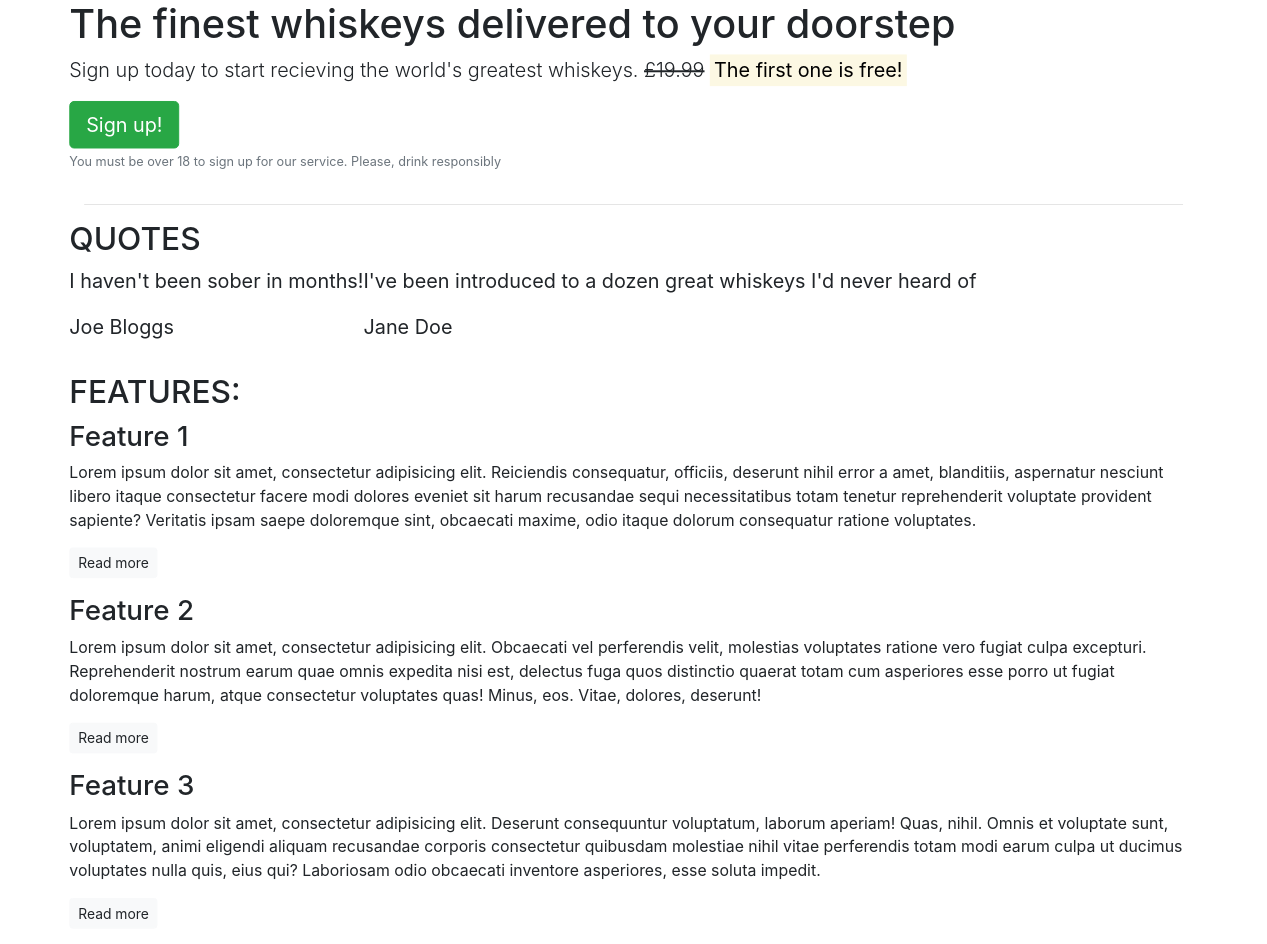
Repository: Matt-F90/Intro-to-bootstrap
Page: index..html
The author's editor kept a record of every edit. The page is drawn from the files as they stood at one moment, then again after the next edit.
The browser window is 1280 px wide. The pictures show the whole page, at 99% of full size.

Above is the page before.
Console error: TypeError: Cannot read properties of undefined (reading 'fn')

After the next edit:
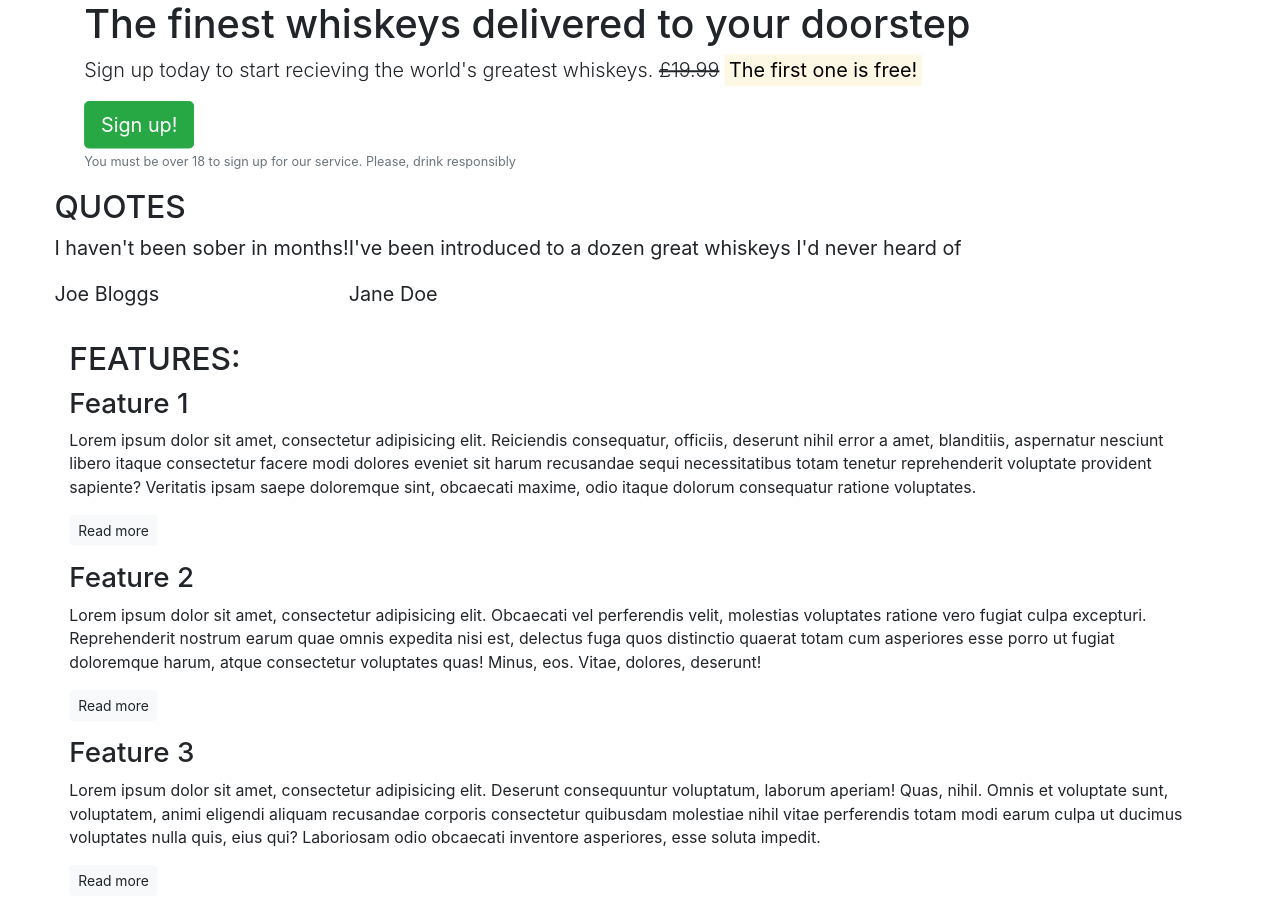
The edit:
--- a/index..html
+++ b/index..html
@@ -13,6 +13,7 @@
 <body>
     <article class="container">
         <div class="row">
+            <div class="col-12">
             <section class="callout">
                 <h1>The finest whiskeys delivered to your doorstep</h1>
                 <p class="lead">Sign up today to start recieving the world's greatest whiskeys.
